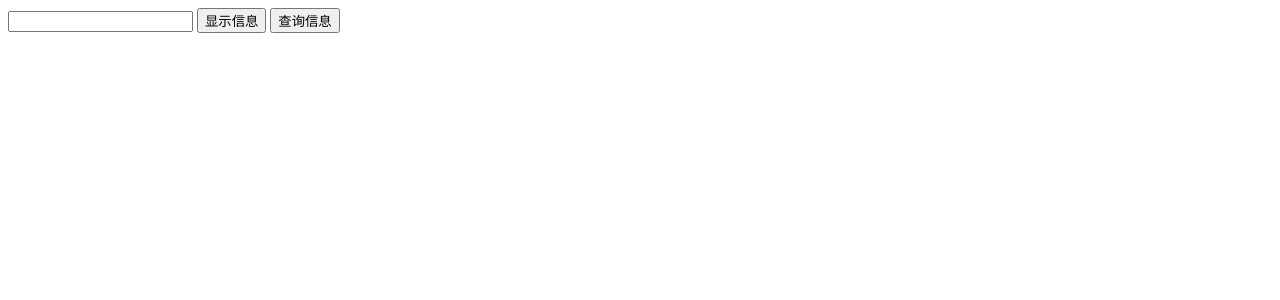
Repository: linkyh/April
Page: testjavascript/WebRoot/index.html
These files come from the project's save history. The page is drawn as it stood at one moment and after the next save; the edit follows.
The browser window is 1280 px wide. The pictures show the whole page.

Above is the page before, as saved 2016-07-19 06:33:21.

### testjavascript/WebRoot/index.html
<!DOCTYPE html>
<html>
  <head>
    <title>index.html</title>

    <meta http-equiv="keywords" content="keyword1,keyword2,keyword3">
    <meta http-equiv="description" content="this is my page">
    <meta http-equiv="content-type" content="text/html; charset=gb2312">

    <!--<link rel="stylesheet" type="text/css" href="./styles.css">-->

  </head>

  <body>
    <form id="form1" name="form1">

		<input type="text"/>
		<input type="button" id="print" value="显示信息"/>
		<input type="button" id="select" value="查询信息"/>
    </form>
  </body>
</html>

After the next save:
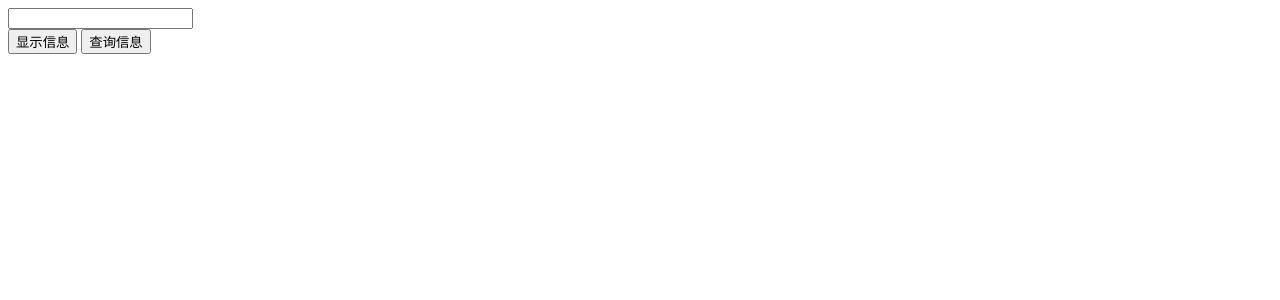
Saved 55 s later.
--- a/testjavascript/WebRoot/index.html
+++ b/testjavascript/WebRoot/index.html
@@ -14,7 +14,7 @@
   <body>
     <form id="form1" name="form1">
 
-		<input type="text"/>
+		<input type="text"/><br>
 		<input type="button" id="print" value="显示信息"/>
 		<input type="button" id="select" value="查询信息"/>
     </form>
